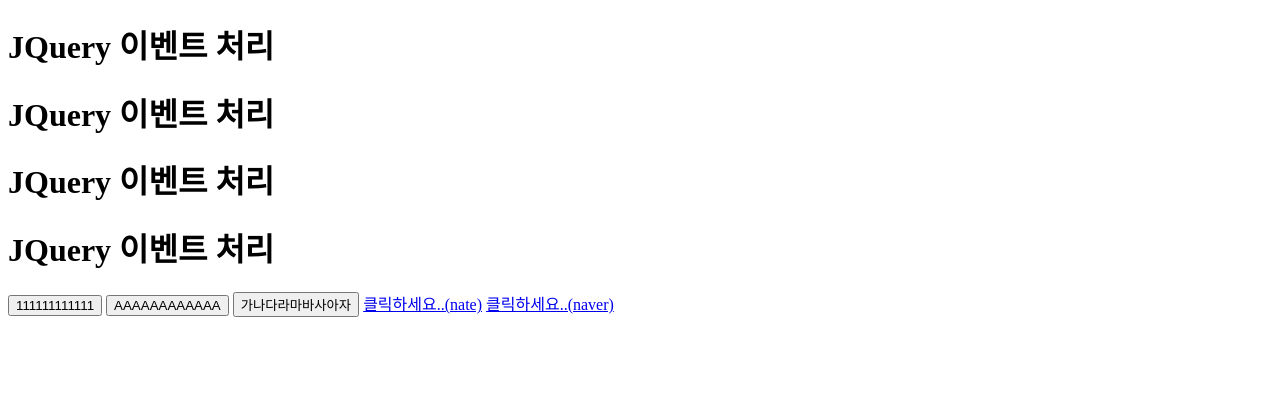
Repository: KangSuA/JSP
Page: webApp/src/main/webapp/jquery/jq09_event.html
An editor plug-in stored every save of this project. The page is shown before and after the next save, followed by the edit.
The browser window is 1280 px wide. The pictures show the whole page.

Above is the page before, as saved 2023-02-15 04:27:06.

After the next save:
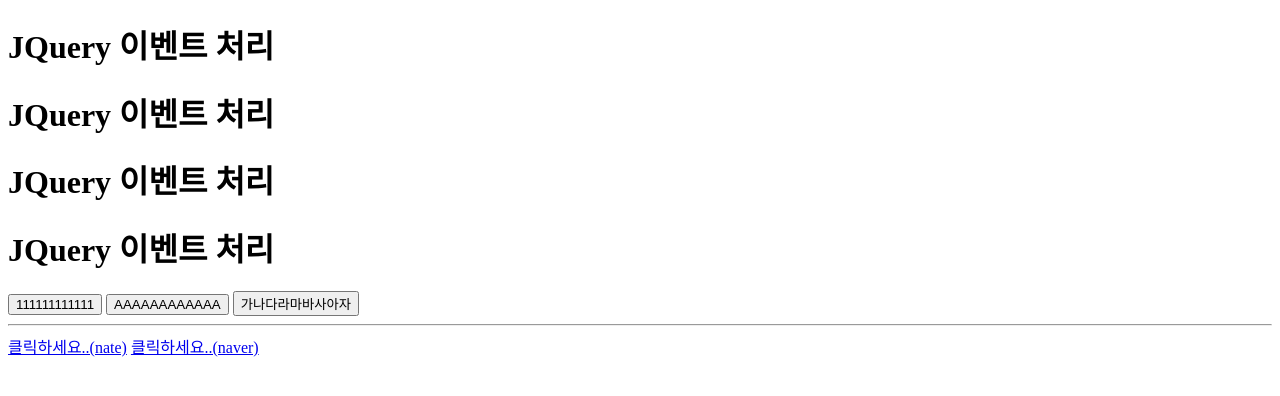
Console error (its wording comes from the project's code and is left out).
Saved 62 s later.
--- a/webApp/src/main/webapp/jquery/jq09_event.html
+++ b/webApp/src/main/webapp/jquery/jq09_event.html
@@ -69,7 +69,9 @@
 		});
 
 		//기본이벤트 해제
-
+		$('a[href$=nate.com]').on('click',function(){
+			$(this).css('background-color','blue');
+		})
 
 	});
 </script>
@@ -83,6 +85,7 @@
 	<button class="b1">111111111111</button>
 	<button>AAAAAAAAAAAA</button>
 	<button class="b1">가나다라마바사아자</button>
+	<hr/>
 	<a href="https://www.nate.com">클릭하세요..(nate)</a>
 	<a href="https://www.naver.com">클릭하세요..(naver)</a>
 </body>
